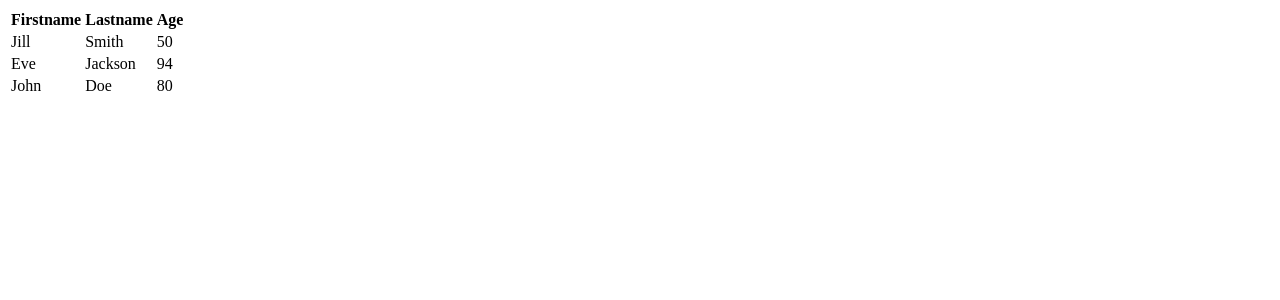
Repository: 72-faisal/work_to_do
Page: http://localhost/Khajina_Doctor/Show_appointment.jsp
An editor plug-in stored every save of this project. The page is shown before and after the next save, followed by the edit.
The browser window is 1280 px wide. The pictures show the whole page.
The page is served by Tomcat 9. Other server files are loaded and not shown.

Above is the page before, as saved 2023-04-14 19:34:19.

### Khajina_Doctor/Khajina_Doctor/src/main/webapp/Show_appointment.jsp
<%@ page language="java" contentType="text/html; charset=ISO-8859-1"
    pageEncoding="ISO-8859-1"%>
<!DOCTYPE html>
<html>
<head>
<meta charset="ISO-8859-1">

<title>Insert title here</title>

</head>

<body>
<div style="text-align: center;"></div>
<table class="center" class="margin-left: auto;
  margin-right: auto;">
  <tr>
    <th>Firstname</th>
    <th>Lastname</th>
    <th>Age</th>
  </tr>
  <tr>
    <td>Jill</td>
    <td>Smith</td>
    <td>50</td>
  </tr>
  <tr>
    <td>Eve</td>
    <td>Jackson</td>
    <td>94</td>
  </tr>
  <tr>
    <td>John</td>
    <td>Doe</td>
    <td>80</td>
  </tr>
</table>

</body>
</html>

After the next save:
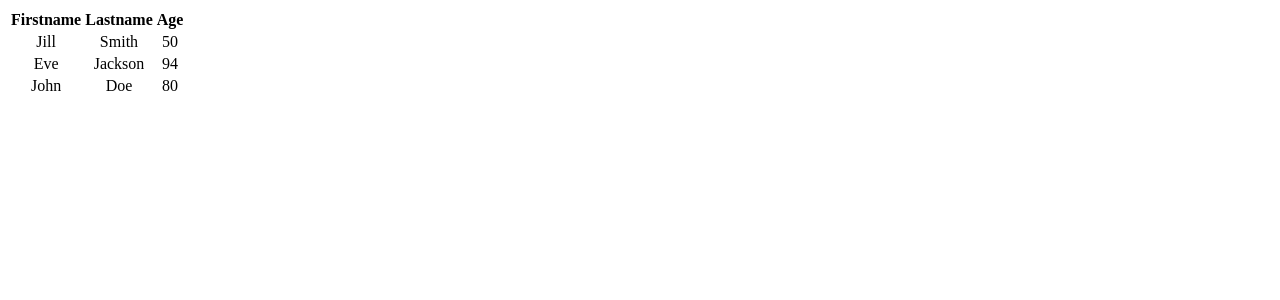
Saved 28 s later.
--- a/Khajina_Doctor/Khajina_Doctor/src/main/webapp/Show_appointment.jsp
+++ b/Khajina_Doctor/Khajina_Doctor/src/main/webapp/Show_appointment.jsp
@@ -10,7 +10,7 @@
 </head>
 
 <body>
-<div style="text-align: center;"></div>
+<div style="text-align: center;">
 <table class="center" class="margin-left: auto;
   margin-right: auto;">
   <tr>
@@ -34,6 +34,6 @@
     <td>80</td>
   </tr>
 </table>
-
+</div>
 </body>
 </html>
